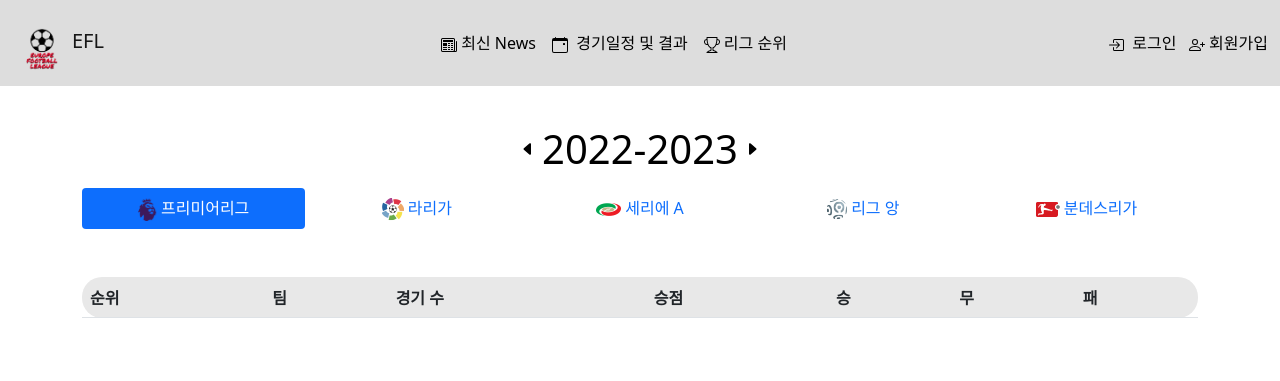
Repository: kylekimkim/uefa_project
Page: http://localhost/team/2223/rank
These files come from the project's save history. The page is drawn as it stood at one moment and after the next save; the edit follows.
The browser window is 1280 px wide. The pictures show the whole page.
The page is this project's Thymeleaf template; nobody is signed in. The template is opened directly, without the code that normally fills it, so the values that code supplies are empty.

Above is the page before, as saved 2022-07-22 05:15:29.

### uefa_project/src/main/resources/templates/team/2223/rank.html
<html lang="en" xmlns:th="http:/www.thymeleaf.org">
	<head>
		<meta charset="UTF-8">
	</head>
	<style>
		.season{
			display: flex;
			justify-content: center;
			align-items:center;
			top:50%;
			left:50%;
			width: 50%;
		    height: 30px;
		    padding: 10px;
		    margin:0 auto;
		    text-decoration: none;
		    text-align: center;
		    font-size:40px;
		    color:rgb(0, 0, 0);
		}
		.move{
		background-color:white;
		border: 0px;
		}
	</style>
	<body>
		<header th:insert="header_nav.html"></header>
		<div class="container">
		<br><br>
			<div class="season">
					<button class="move" type="submit" onclick="location.href='/team/rank.do'">
						<svg xmlns="http://www.w3.org/2000/svg" width="16" height="16" fill="currentColor" class="bi bi-caret-left-fill" viewBox="0 0 16 16">
							<path d="m3.86 8.753 5.482 4.796c.646.566 1.658.106 1.658-.753V3.204a1 1 0 0 0-1.659-.753l-5.48 4.796a1 1 0 0 0 0 1.506z"/>
						</svg>
					</button>
					 2022-2023
					<button class="move" type="submit" onclick="confirm()">
						<svg xmlns="http://www.w3.org/2000/svg" width="16" height="16" fill="currentColor" class="bi bi-caret-right-fill" viewBox="0 0 16 16">
							<path d="m12.14 8.753-5.482 4.796c-.646.566-1.658.106-1.658-.753V3.204a1 1 0 0 1 1.659-.753l5.48 4.796a1 1 0 0 1 0 1.506z"/>
						</svg>
					</button>
			</div>
			<br>
			<nav>
				<div class="nav nav-pills nav-justified" id="nav-tab" role="tablist">
			    <button class="nav-link active" id="uk-list-tab" data-bs-toggle="tab" data-bs-target="#uk-list" type="button" role="tab" aria-controls="uk-list" aria-selected="true"><img src="/img/league/epl.png"> 프리미어리그</button>
			    <button class="nav-link" id="spain-list-tab" data-bs-toggle="tab" data-bs-target="#spain-list" type="button" role="tab" aria-controls="spain-list" aria-selected="false"><img src="/img/league/laliga.png"> 라리가</button>
			    <button class="nav-link" id="italia-list-tab" data-bs-toggle="tab" data-bs-target="#italia-list" type="button" role="tab" aria-controls="italia-list" aria-selected="false"><img src="/img/league/serie.png"> 세리에 A</button>
			    <button class="nav-link" id="france-list-tab" data-bs-toggle="tab" data-bs-target="#france-list" type="button" role="tab" aria-controls="france-list" aria-selected="false"><img src="/img/league/ang.png"> 리그 앙</button>
			  	<button class="nav-link" id="germany-list-tab" data-bs-toggle="tab" data-bs-target="#germany-list" type="button" role="tab" aria-controls="germany-list" aria-selected="false"><img src="/img/league/bundes.png"> 분데스리가</button>
			  </div>
			</nav>
			<br><br>
			<div class="tab-content" id="nav-tabContent">
			  <div class="tab-pane fade show active" id="uk-list" role="tabpanel" aria-labelledby="nav-home-tab">
			  	<table class="table">
					<thead>
						<th>순위</th><th>팀</th><th>경기 수</th><th>승점</th><th>승</th><th>무</th><th>패</th>
					</thead>
					<tbody>
						<tr th:each="epl:${eplList}">
							<td class="rank"></td>
							<td><img th:src="@{/img/{img}(img=${epl.logoImage})}" width="35px;">[[${epl.teamName}]]</td>
							<td th:text="${epl.win}+${epl.tie}+${epl.defeat}"></td>
							<td th:text="${epl.win}*3+${epl.tie}" style="color:red"></td>
							<td th:text="${epl.win}"></td>
							<td th:text="${epl.tie}"></td>
							<td th:text="${epl.defeat}"></td>
						</tr>
					</tbody>
				</table>
			  </div>
			  <div class="tab-pane fade" id="spain-list" role="tabpanel" aria-labelledby="nav-home-tab">
			  	<table class="table">
					<thead>
						<th>순위</th><th>팀</th><th>경기 수</th><th>승점</th><th>승</th><th>무</th><th>패</th>
					</thead>
					<tbody>
						<tr th:each="laliga:${laligaList}">
							<td class="rank"></td>
							<td><img th:src="@{/img/{img}(img=${laliga.logoImage})}" width="35px;">[[${laliga.teamName}]]</td>
							<td th:text="${laliga.win}+${laliga.tie}+${laliga.defeat}"></td>
							<td th:text="${laliga.win}*3+${laliga.tie}" style="color:red"></td>
							<td th:text="${laliga.win}"></td>
							<td th:text="${laliga.tie}"></td>
							<td th:text="${laliga.defeat}"></td>
						</tr>
					</tbody>
				</table>
			  </div>
			   <div class="tab-pane fade" id="italia-list" role="tabpanel" aria-labelledby="nav-home-tab">
			  	<table class="table">
					<thead>
						<th>순위</th><th>팀</th><th>경기 수</th><th>승점</th><th>승</th><th>무</th><th>패</th>
					</thead>
					<tbody>
						<tr th:each="serie:${serieList}">
							<td class="rank"></td>
							<td><img th:src="@{/img/{img}(img=${serie.logoImage})}" width="35px;">[[${serie.teamName}]]</td>
							<td th:text="${serie.win}+${serie.tie}+${serie.defeat}"></td>
							<td th:text="${serie.win}*3+${serie.tie}" style="color:red"></td>
							<td th:text="${serie.win}"></td>
							<td th:text="${serie.tie}"></td>
							<td th:text="${serie.defeat}"></td>
						</tr>
					</tbody>
				</table>
			  </div>
			   <div class="tab-pane fade" id="france-list" role="tabpanel" aria-labelledby="nav-home-tab">
			  	<table class="table">
					<thead>
						<th>순위</th><th>팀</th><th>경기 수</th><th>승점</th><th>승</th><th>무</th><th>패</th>
					</thead>
					<tbody>
						<tr th:each="ang:${angList}">
							<td class="rank"></td>
							<td><img th:src="@{/img/{img}(img=${ang.logoImage})}" width="35px;">[[${ang.teamName}]]</td>
							<td th:text="${ang.win}+${ang.tie}+${ang.defeat}"></td>
							<td th:text="${ang.win}*3+${ang.tie}" style="color:red"></td>
							<td th:text="${ang.win}"></td>
							<td th:text="${ang.tie}"></td>
							<td th:text="${ang.defeat}"></td>
						</tr>
					</tbody>
				</table>
			  </div>
			  <div class="tab-pane fade" id="germany-list" role="tabpanel" aria-labelledby="nav-home-tab">
			  	<table class="table">
					<thead>
						<th>순위</th><th>팀</th><th>경기 수</th><th>승점</th><th>승</th><th>무</th><th>패</th>
					</thead>
					<tbody>
						<tr th:each="bundes:${bundesList}">
							<td class="rank"></td>
							<td><img th:src="@{/img/{img}(img=${bundes.logoImage})}" width="35px;">[[${bundes.teamName}]]</td>
							<td th:text="${bundes.win}+${bundes.tie}+${bundes.defeat}"></td>
							<td th:text="${bundes.win}*3+${bundes.tie}" style="color:red"></td>
							<td th:text="${bundes.win}"></td>
							<td th:text="${bundes.tie}"></td>
							<td th:text="${bundes.defeat}"></td>
						</tr>
					</tbody>
				</table>
			  </div>
			</div>
	</div>
	<script>
		function ranking(start){
			var start= start;
			var td_list= document.getElementsByClassName("rank");
			for(var i=0; i<td_list.length; i++){
				start++;
				td_list[i].innerHTML="&nbsp"+start;
				if(start==20){
					start=0;
				}
			}
		};
		ranking(0);
		function confirm(){
			alert("최신 경기 순위 입니다.")
		}
	</script>
	</body>
</html>

### uefa_project/src/main/resources/templates/header_nav.html
<html lang="ko" xmlns:th="http://www.thymeleaf.org">
	<head>
	<meta charset="UTF-8">
		<link href="https://cdn.jsdelivr.net/npm/bootstrap@5.1.3/dist/css/bootstrap.min.css" rel="stylesheet" integrity="sha384-1BmE4kWBq78iYhFldvKuhfTAU6auU8tT94WrHftjDbrCEXSU1oBoqyl2QvZ6jIW3" crossorigin="anonymous">
		<script src="https://cdn.jsdelivr.net/npm/bootstrap@5.1.3/dist/js/bootstrap.bundle.min.js" integrity="sha384-ka7Sk0Gln4gmtz2MlQnikT1wXgYsOg+OMhuP+IlRH9sENBO0LRn5q+8nbTov4+1p" crossorigin="anonymous"></script>
	</head>
	<style>
	table{
			background-color:rgb(232, 232, 232);
			border-radius:20px;
		}
	.admin{
		background-color: rgb(64, 64, 64);
	}
	#navItem{
		color:black;
	}
	#navItem:hover{
		color:blue;
		font-size:large;
	}
	</style>
	<body>
		<nav class="navbar navbar-expand-lg navbar-light" style="background-color:rgb(221, 221, 221);">
			<div class="container-fluid">
			    <a class="navbar-brand" href="/"><img src="/img/logo.png" alt="league_image" width=60px; >EFL</a>
				<div class="collapse navbar-collapse justify-content-between" id="navbarNavDropdown">
					<ul class="navbar-nav"  style="margin:auto">
						<li class="nav-item" style="margin:auto">
							<a class="nav-link" href="#" id="navItem">
								<svg xmlns="http://www.w3.org/2000/svg" width="16" height="16" fill="currentColor" class="bi bi-newspaper" viewBox="0 0 16 16">
								  <path d="M0 2.5A1.5 1.5 0 0 1 1.5 1h11A1.5 1.5 0 0 1 14 2.5v10.528c0 .3-.05.654-.238.972h.738a.5.5 0 0 0 .5-.5v-9a.5.5 0 0 1 1 0v9a1.5 1.5 0 0 1-1.5 1.5H1.497A1.497 1.497 0 0 1 0 13.5v-11zM12 14c.37 0 .654-.211.853-.441.092-.106.147-.279.147-.531V2.5a.5.5 0 0 0-.5-.5h-11a.5.5 0 0 0-.5.5v11c0 .278.223.5.497.5H12z"/>
								  <path d="M2 3h10v2H2V3zm0 3h4v3H2V6zm0 4h4v1H2v-1zm0 2h4v1H2v-1zm5-6h2v1H7V6zm3 0h2v1h-2V6zM7 8h2v1H7V8zm3 0h2v1h-2V8zm-3 2h2v1H7v-1zm3 0h2v1h-2v-1zm-3 2h2v1H7v-1zm3 0h2v1h-2v-1z"/>
								</svg>&nbsp;최신 News
							</a>
						</li>
						<li class="nav-item"  style="margin:auto">
							<a class=nav-link href="/match/2122/list.do" id="navItem">
								<svg xmlns="http://www.w3.org/2000/svg" width="16" height="16" fill="currentColor" class="bi bi-calendar-event" viewBox="0 0 16 16">
								  <path d="M11 6.5a.5.5 0 0 1 .5-.5h1a.5.5 0 0 1 .5.5v1a.5.5 0 0 1-.5.5h-1a.5.5 0 0 1-.5-.5v-1z"/>
								  <path d="M3.5 0a.5.5 0 0 1 .5.5V1h8V.5a.5.5 0 0 1 1 0V1h1a2 2 0 0 1 2 2v11a2 2 0 0 1-2 2H2a2 2 0 0 1-2-2V3a2 2 0 0 1 2-2h1V.5a.5.5 0 0 1 .5-.5zM1 4v10a1 1 0 0 0 1 1h12a1 1 0 0 0 1-1V4H1z"/>
								</svg> &nbsp;경기일정 및 결과
							</a>
						</li>
						<li class="nav-item"  style="margin:auto">
							<a class=nav-link href="/team/rank.do" id="navItem">
								<svg xmlns="http://www.w3.org/2000/svg" width="16" height="16" fill="currentColor" class="bi bi-trophy" viewBox="0 0 16 16">
								  <path d="M2.5.5A.5.5 0 0 1 3 0h10a.5.5 0 0 1 .5.5c0 .538-.012 1.05-.034 1.536a3 3 0 1 1-1.133 5.89c-.79 1.865-1.878 2.777-2.833 3.011v2.173l1.425.356c.194.048.377.135.537.255L13.3 15.1a.5.5 0 0 1-.3.9H3a.5.5 0 0 1-.3-.9l1.838-1.379c.16-.12.343-.207.537-.255L6.5 13.11v-2.173c-.955-.234-2.043-1.146-2.833-3.012a3 3 0 1 1-1.132-5.89A33.076 33.076 0 0 1 2.5.5zm.099 2.54a2 2 0 0 0 .72 3.935c-.333-1.05-.588-2.346-.72-3.935zm10.083 3.935a2 2 0 0 0 .72-3.935c-.133 1.59-.388 2.885-.72 3.935zM3.504 1c.007.517.026 1.006.056 1.469.13 2.028.457 3.546.87 4.667C5.294 9.48 6.484 10 7 10a.5.5 0 0 1 .5.5v2.61a1 1 0 0 1-.757.97l-1.426.356a.5.5 0 0 0-.179.085L4.5 15h7l-.638-.479a.501.501 0 0 0-.18-.085l-1.425-.356a1 1 0 0 1-.757-.97V10.5A.5.5 0 0 1 9 10c.516 0 1.706-.52 2.57-2.864.413-1.12.74-2.64.87-4.667.03-.463.049-.952.056-1.469H3.504z"/>
								</svg>&nbsp;리그 순위
							</a>
						</li>
						  <li class="nav-item dropdown" th:if="${session.memVo} and ${session.memVo.grade == 0}">
						    <a class="nav-link dropdown-toggle" data-bs-toggle="dropdown" href="#" role="button" aria-expanded="false" id="navItem">
						    	<svg xmlns="http://www.w3.org/2000/svg" width="16" height="16" fill="currentColor" class="bi bi-person-circle" viewBox="0 0 16 16">
								  <path d="M11 6a3 3 0 1 1-6 0 3 3 0 0 1 6 0z"/>
								  <path fill-rule="evenodd" d="M0 8a8 8 0 1 1 16 0A8 8 0 0 1 0 8zm8-7a7 7 0 0 0-5.468 11.37C3.242 11.226 4.805 10 8 10s4.757 1.225 5.468 2.37A7 7 0 0 0 8 1z"/>
								</svg>&nbsp;관리자 전용</a>
						    <ul class="dropdown-menu">
						      <li><a class="dropdown-item" href="/mem/list.do">멤버 관리</a></li>
						      <li><a class="dropdown-item" href="/team/list.do">Team 순위 관리</a></li>
						      <li><a class="dropdown-item" href="/admin/match/2122/list.do">경기 일정 관리 </a></li>
						    </ul>
						  </li>
					</ul>
					<div th:if="${session.memVo}">
						<svg  th:if="${session.memVo.grade == 0}" xmlns="http://www.w3.org/2000/svg" width="16" height="16" fill="currentColor" class="bi bi-person-circle" viewBox="0 0 16 16">
						  <path d="M11 6a3 3 0 1 1-6 0 3 3 0 0 1 6 0z"/>
						  <path fill-rule="evenodd" d="M0 8a8 8 0 1 1 16 0A8 8 0 0 1 0 8zm8-7a7 7 0 0 0-5.468 11.37C3.242 11.226 4.805 10 8 10s4.757 1.225 5.468 2.37A7 7 0 0 0 8 1z"/>
						</svg>
						<svg th:if="${session.memVo.grade != 0}" xmlns="http://www.w3.org/2000/svg" width="16" height="16" fill="currentColor" class="bi bi-person" viewBox="0 0 16 16">
						  <path d="M8 8a3 3 0 1 0 0-6 3 3 0 0 0 0 6zm2-3a2 2 0 1 1-4 0 2 2 0 0 1 4 0zm4 8c0 1-1 1-1 1H3s-1 0-1-1 1-4 6-4 6 3 6 4zm-1-.004c-.001-.246-.154-.986-.832-1.664C11.516 10.68 10.289 10 8 10c-2.29 0-3.516.68-4.168 1.332-.678.678-.83 1.418-.832 1.664h10z"/>
						</svg>
						<span th:text="${session.memVo}?${session.memVo.id}:''"></span>
						(<span th:text="${session.memVo?.name}"></span>)
						님 로그인
						&nbsp;&nbsp;
						<a  class="btn btn-outline-primary position-relative" th:href="@{/team/myteam(teamNum=${session.memVo.myteam})}" th:if="${session.memVo.myteam}">
							My Team
							</span>
						</a>
						<a  class="btn btn-outline-primary position-relative" th:href="@{/team/select(id=${session.memVo.id})}" th:if="${session.memVo.myteam==null}">
							My Team을 설정해보세요
							</span>
						</a>
						&nbsp;&nbsp;
						<a 	href="/mem/logout" style="text-decoration:none; color:black;">
							<svg xmlns="http://www.w3.org/2000/svg" width="16" height="16" fill="currentColor" class="bi bi-box-arrow-left" viewBox="0 0 16 16">
							  <path fill-rule="evenodd" d="M6 12.5a.5.5 0 0 0 .5.5h8a.5.5 0 0 0 .5-.5v-9a.5.5 0 0 0-.5-.5h-8a.5.5 0 0 0-.5.5v2a.5.5 0 0 1-1 0v-2A1.5 1.5 0 0 1 6.5 2h8A1.5 1.5 0 0 1 16 3.5v9a1.5 1.5 0 0 1-1.5 1.5h-8A1.5 1.5 0 0 1 5 12.5v-2a.5.5 0 0 1 1 0v2z"/>
							  <path fill-rule="evenodd" d="M.146 8.354a.5.5 0 0 1 0-.708l3-3a.5.5 0 1 1 .708.708L1.707 7.5H10.5a.5.5 0 0 1 0 1H1.707l2.147 2.146a.5.5 0 0 1-.708.708l-3-3z"/>
							</svg>&nbsp;로그아웃
						</a>

					</div>
	 				<div class="d-flex" th:if="!${session.memVo}">
						<a 	href="/mem/login" style="text-decoration:none; color:black;">
							<svg xmlns="http://www.w3.org/2000/svg" width="16" height="16" fill="currentColor" class="bi bi-box-arrow-in-right" viewBox="0 0 16 16">
							  <path fill-rule="evenodd" d="M6 3.5a.5.5 0 0 1 .5-.5h8a.5.5 0 0 1 .5.5v9a.5.5 0 0 1-.5.5h-8a.5.5 0 0 1-.5-.5v-2a.5.5 0 0 0-1 0v2A1.5 1.5 0 0 0 6.5 14h8a1.5 1.5 0 0 0 1.5-1.5v-9A1.5 1.5 0 0 0 14.5 2h-8A1.5 1.5 0 0 0 5 3.5v2a.5.5 0 0 0 1 0v-2z"/>
							  <path fill-rule="evenodd" d="M11.854 8.354a.5.5 0 0 0 0-.708l-3-3a.5.5 0 1 0-.708.708L10.293 7.5H1.5a.5.5 0 0 0 0 1h8.793l-2.147 2.146a.5.5 0 0 0 .708.708l3-3z"/>
							</svg> &nbsp;로그인
						</a>&nbsp;&nbsp;&nbsp;
						<a 	href="/mem/signup" style="text-decoration:none; color:black;">
							<svg xmlns="http://www.w3.org/2000/svg" width="16" height="16" fill="currentColor" class="bi bi-person-plus" viewBox="0 0 16 16">
							  <path d="M6 8a3 3 0 1 0 0-6 3 3 0 0 0 0 6zm2-3a2 2 0 1 1-4 0 2 2 0 0 1 4 0zm4 8c0 1-1 1-1 1H1s-1 0-1-1 1-4 6-4 6 3 6 4zm-1-.004c-.001-.246-.154-.986-.832-1.664C9.516 10.68 8.289 10 6 10c-2.29 0-3.516.68-4.168 1.332-.678.678-.83 1.418-.832 1.664h10z"/>
							  <path fill-rule="evenodd" d="M13.5 5a.5.5 0 0 1 .5.5V7h1.5a.5.5 0 0 1 0 1H14v1.5a.5.5 0 0 1-1 0V8h-1.5a.5.5 0 0 1 0-1H13V5.5a.5.5 0 0 1 .5-.5z"/>
							</svg>&nbsp;회원가입
						</a>
					</div>
				</div>
			</div>
		</nav>
	</body>
</html>

After the next save:
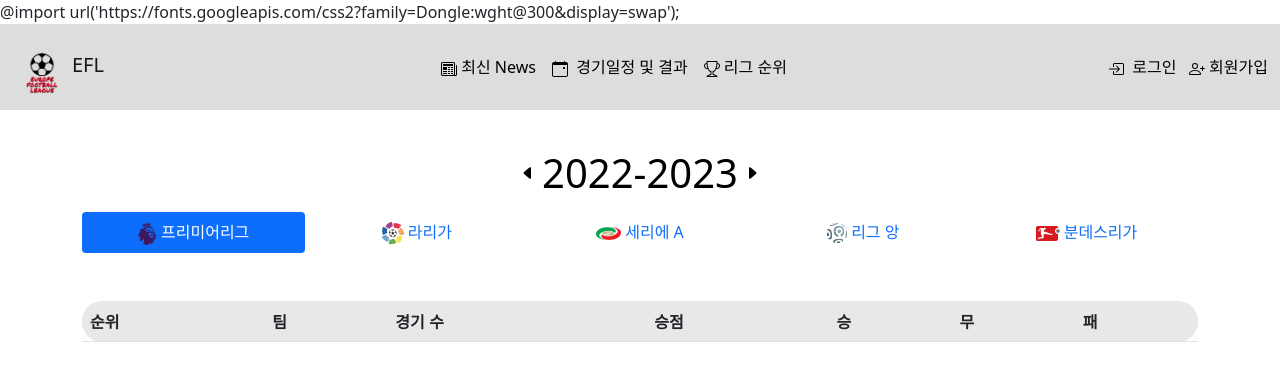
Saved 2 h 20 min later.
--- a/uefa_project/src/main/resources/templates/header_nav.html
+++ b/uefa_project/src/main/resources/templates/header_nav.html
@@ -3,11 +3,13 @@
 	<meta charset="UTF-8">
 		<link href="https://cdn.jsdelivr.net/npm/bootstrap@5.1.3/dist/css/bootstrap.min.css" rel="stylesheet" integrity="sha384-1BmE4kWBq78iYhFldvKuhfTAU6auU8tT94WrHftjDbrCEXSU1oBoqyl2QvZ6jIW3" crossorigin="anonymous">
 		<script src="https://cdn.jsdelivr.net/npm/bootstrap@5.1.3/dist/js/bootstrap.bundle.min.js" integrity="sha384-ka7Sk0Gln4gmtz2MlQnikT1wXgYsOg+OMhuP+IlRH9sENBO0LRn5q+8nbTov4+1p" crossorigin="anonymous"></script>
+		@import url('https://fonts.googleapis.com/css2?family=Dongle:wght@300&display=swap');
 	</head>
 	<style>
 	table{
 			background-color:rgb(232, 232, 232);
 			border-radius:20px;
+			font-family: 'Dongle', sans-serif;
 		}
 	.admin{
 		background-color: rgb(64, 64, 64);

After the save that followed:
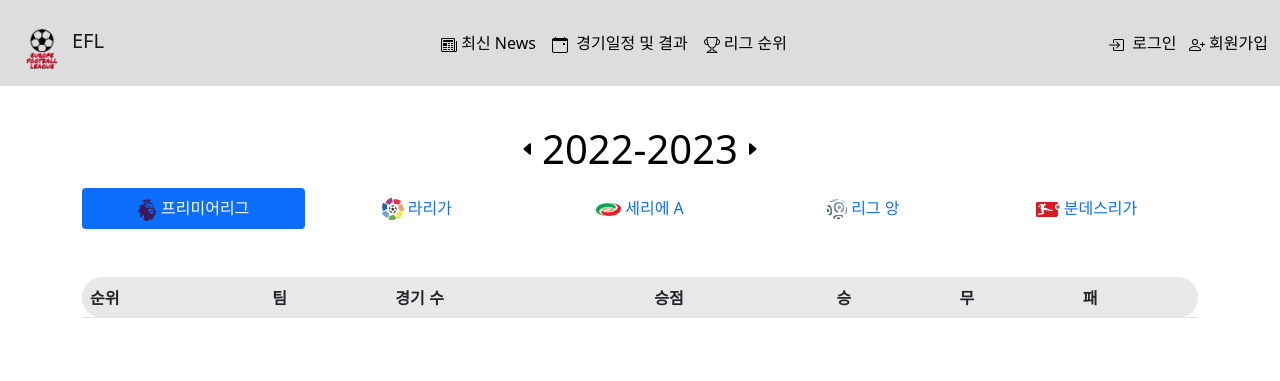
Saved 39 s later.
--- a/uefa_project/src/main/resources/templates/header_nav.html
+++ b/uefa_project/src/main/resources/templates/header_nav.html
@@ -3,7 +3,6 @@
 	<meta charset="UTF-8">
 		<link href="https://cdn.jsdelivr.net/npm/bootstrap@5.1.3/dist/css/bootstrap.min.css" rel="stylesheet" integrity="sha384-1BmE4kWBq78iYhFldvKuhfTAU6auU8tT94WrHftjDbrCEXSU1oBoqyl2QvZ6jIW3" crossorigin="anonymous">
 		<script src="https://cdn.jsdelivr.net/npm/bootstrap@5.1.3/dist/js/bootstrap.bundle.min.js" integrity="sha384-ka7Sk0Gln4gmtz2MlQnikT1wXgYsOg+OMhuP+IlRH9sENBO0LRn5q+8nbTov4+1p" crossorigin="anonymous"></script>
-		@import url('https://fonts.googleapis.com/css2?family=Dongle:wght@300&display=swap');
 	</head>
 	<style>
 	table{
